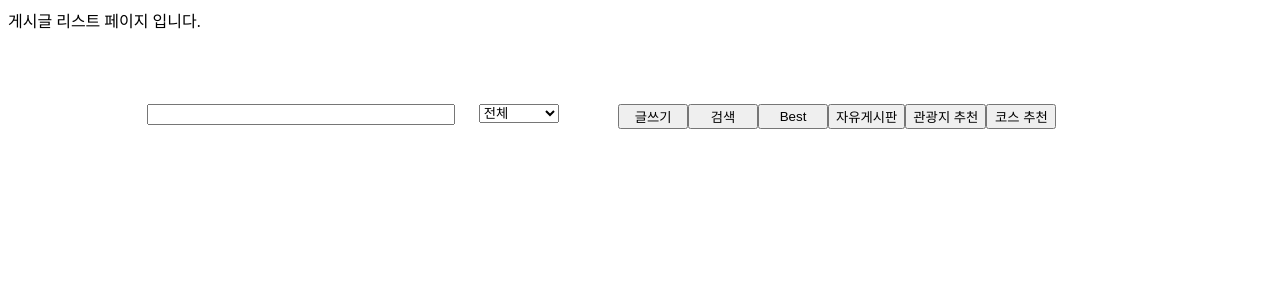
Repository: HJCroCat/project4
Page: http://localhost/koravle/boardMain.jsp
The author's editor kept a copy of each file at every save. The page is drawn from the files as they stood at one save, then again after the next save.
The browser window is 1280 px wide. The pictures show the whole page.
The page is served by Tomcat 9. Nobody is signed in. The application's start-up code is not run.

Above is the page before, as saved 2021-12-10 09:54:43.

After the next save:
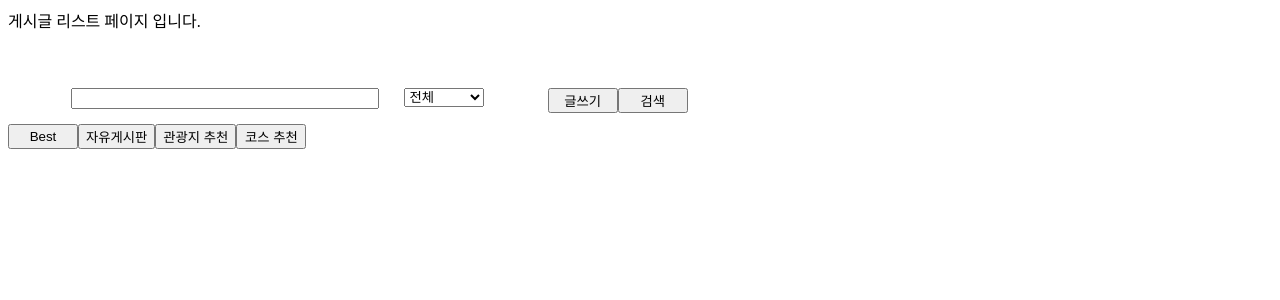
Saved 67 s later.
--- a/koravle/koravle/src/main/webapp/boardMain.jsp
+++ b/koravle/koravle/src/main/webapp/boardMain.jsp
@@ -14,25 +14,26 @@
 	<div class="boardHeader">
 		게시글 리스트 페이지 입니다.
 	</div>
-		<ul>
-			<ol>
-				<input type="text" name="searchWord" id="searchWord">
-				<select name="selectSearch" id="selectSearch">
-					<option value="1" selected>전체</option>
-					<option value="boardName">글제목</option>
-					<option value="regionName">관광지</option>
-					<option value="boardWriter">작성자</option>
-				</select>
-				<button href="boardWrite.do" class="btn" >글쓰기</button>
-				<button href="boardList.do" class="btn" >검색</button>
-			</ol>
-			<ol>
-				<button class="btn" href="boardList.do" name="boardBest">Best</button>
-				<button class="btn" href="boardList.do" name="boardFree">자유게시판</button>
-				<button class="btn" href="boardList.do" name="boardRegion">관광지 추천</button>
-				<button class="btn" href="boardList.do" name="boardCourse">코스 추천</button>
-			</ol>
-		</ul>
+		<div>
+			<input type="text" name="searchWord" id="searchWord">
+			<select name="selectSearch" id="selectSearch">
+				<option value="1" selected>전체</option>
+				<option value="boardName">글제목</option>
+				<option value="regionName">관광지</option>
+				<option value="boardWriter">작성자</option>
+			</select>
+			<button href="boardWrite.do" class="btn" >글쓰기</button>
+			<button href="boardList.do" class="btn" >검색</button>
+		</div>
+		<div>
+			<br/>
+			<br/>
+			<button class="btn" href="boardList.do" name="boardBest">Best</button>
+			<button class="btn" href="boardList.do" name="boardFree">자유게시판</button>
+			<button class="btn" href="boardList.do" name="boardRegion">관광지 추천</button>
+			<button class="btn" href="boardList.do" name="boardCourse">코스 추천</button>
+
+		</div>
 
 
 
